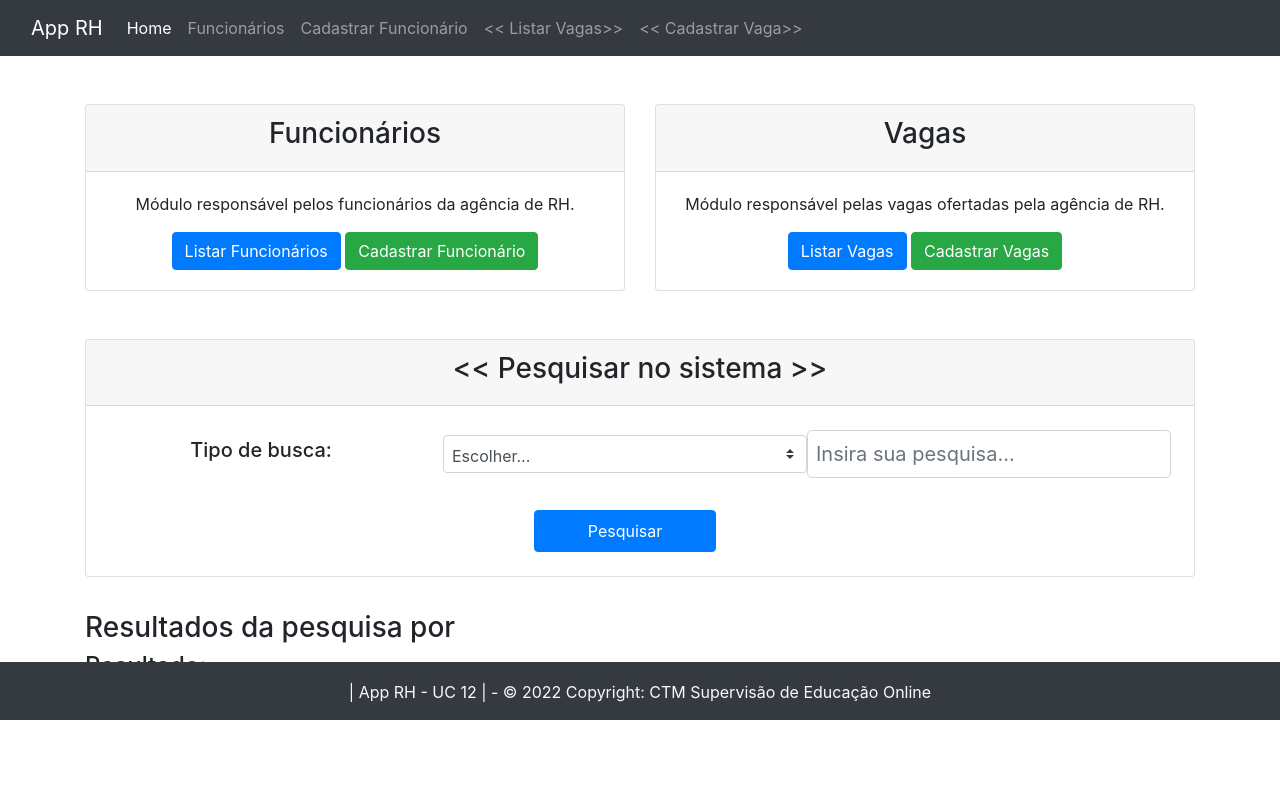
Repository: FilosoDev/SPRING-BOOT-testes
Page: http://localhost/index
These files come from the project's save history. The page is drawn as it stood at one moment and after the next save; the edit follows.
The browser window is 1280 px wide. The pictures show the whole page.
The page is this project's Thymeleaf template; nobody is signed in. The template is opened directly, without the code that normally fills it, so the values that code supplies are empty.

Above is the page before, as saved 2021-11-23 17:25:49.
Console error: TypeError: Cannot read properties of undefined (reading 'fn')

After the next save:
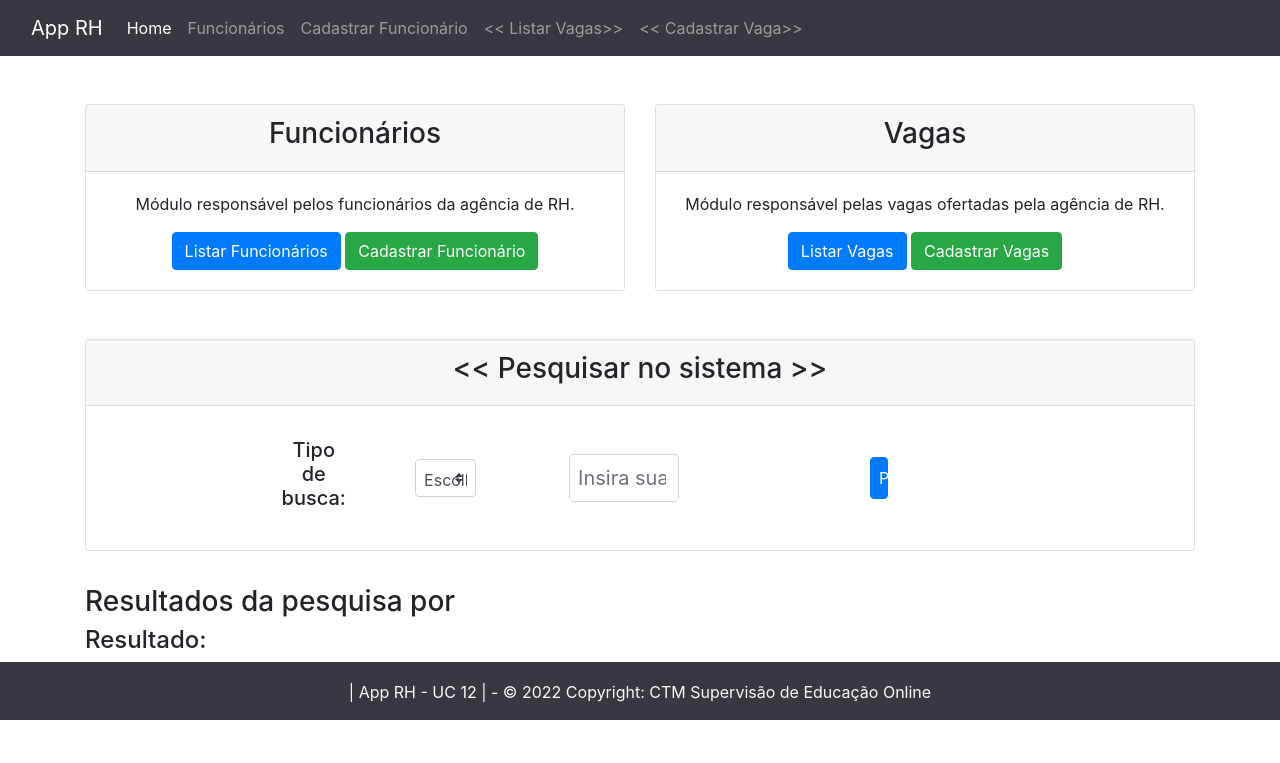
Saved 46 s later.
--- a/AppRH/AppRH/src/main/resources/templates/index.html
+++ b/AppRH/AppRH/src/main/resources/templates/index.html
@@ -104,10 +104,12 @@
 						<div class="row form-group justify-content-center w-100 p-2">
 
 
+							<div class="row">
 
 								<label for="cars" class="my-3 p-2 col-8 col-md-4"><h5>Tipo de
 										busca:</h5></label>
-
+							</div>
+							<div class="row">
 
 
 								<select name="busca" id="busca" class="custom-select my-3 p-2 col-8 col-md-4">
@@ -119,18 +121,20 @@
 								</select>
 
 
-
+						</div>
+							<div class="row">
 
 								<input
 									class="form-control form-control-lg my-3 p-2 col-8 col-md-4"
 									type="search" placeholder="Insira sua pesquisa..."
 									aria-label="Pesquisar" name="nome">
 
-
+							</div>
+							<div class="row">
 
 								<button class="btn btn-primary my-3 p-2 col-8 col-md-2" type="submit">Pesquisar</button>
 
-
+							</div>
 						</div>
 
 					</form>
